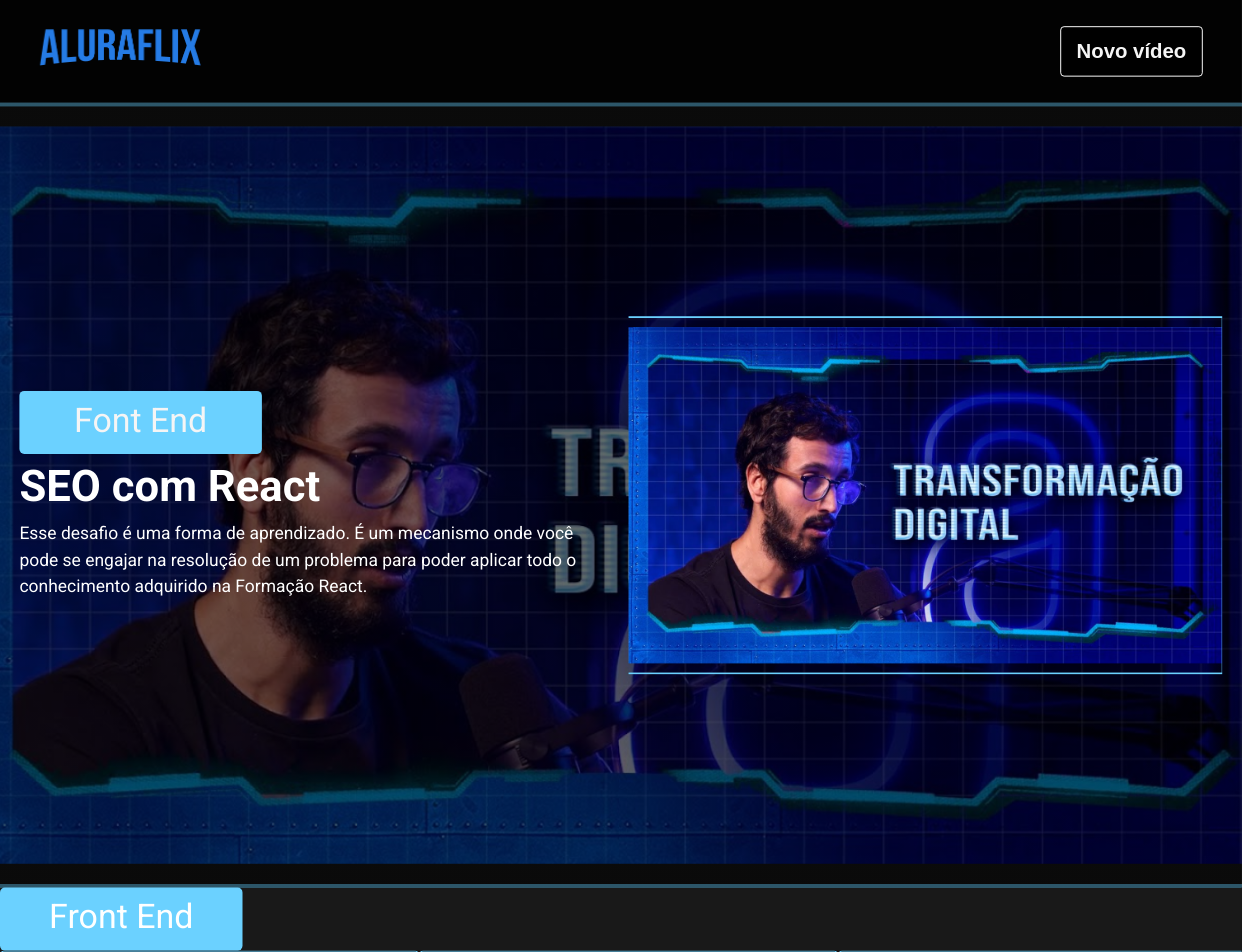
Repository: CarlosEduardoVdeOliveira/aluraflix
Page: /
An editor plug-in stored every save of this project. The page is shown before and after the next save, followed by the edit.
The browser window is 1280 px wide. The pictures show the part of the page from y = 0 to 981 px (the page is 3006 px tall before and 3726 px after), at 97% of full size.
Pictures or frames that could not be fetched are drawn as grey boxes. The project was rebuilt for these pictures with package versions that can differ from the ones it lists, and the page was loaded fresh each time. Also part of the build but not shown: vite.config.js, src/components/Input/Input.module.css, src/components/Input/index.jsx, src/components/TextArea/TextArea.module.css, src/components/TextArea/index.jsx, src/pages/RegisterVideo/Register.module.css, src/pages/RegisterVideo/index.jsx, src/components/Table/Table.module.css and 3 more.

Above is the page before, as saved 2023-09-26 10:32:11.

After the next save:
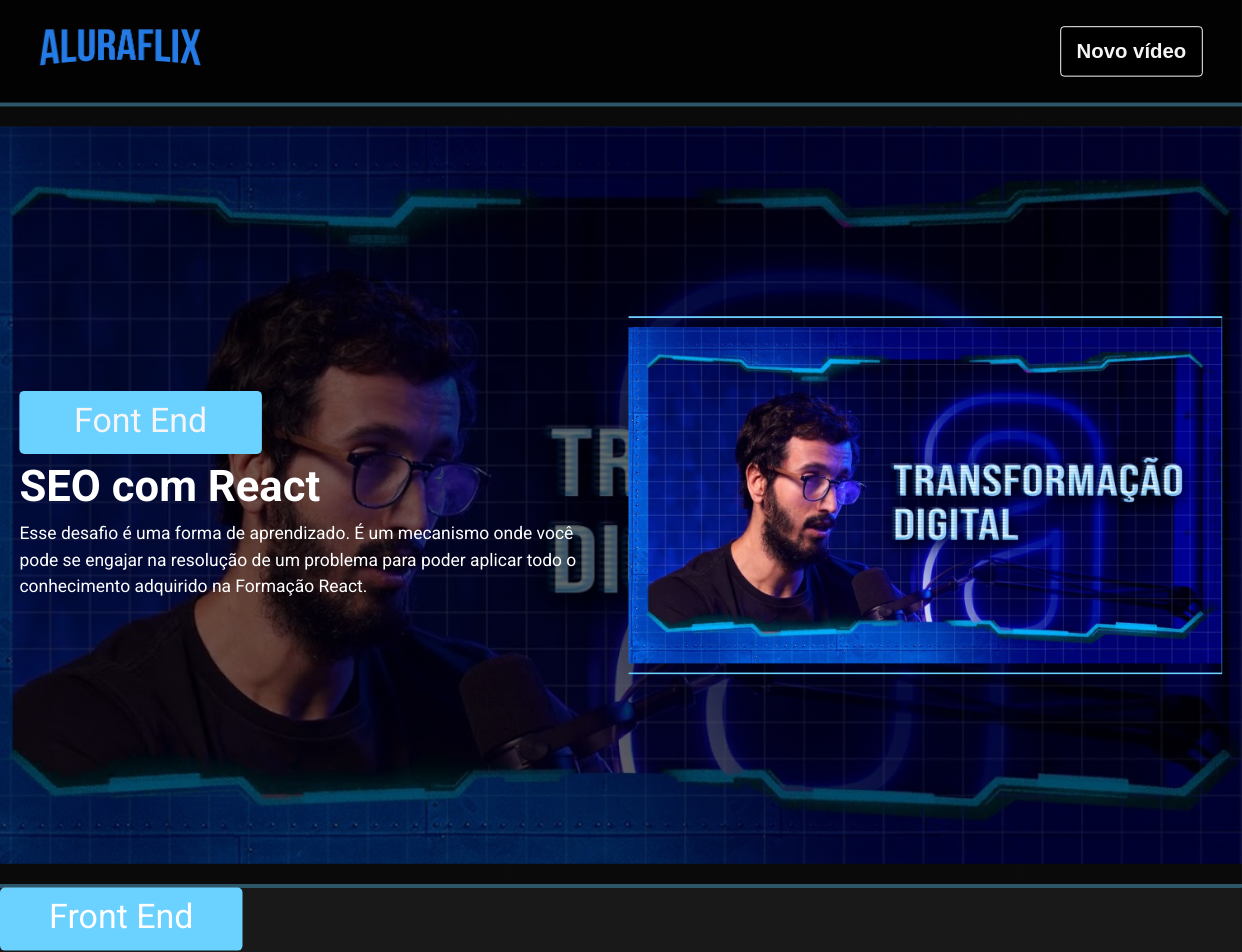
Saved 28 s later.
--- a/src/components/Category/Category.module.css
+++ b/src/components/Category/Category.module.css
@@ -2,7 +2,7 @@
   display: flex;
   flex-direction: column;
   overflow: none;
-
+  gap: 5rem;
 }
 .videos{
   display: flex;
